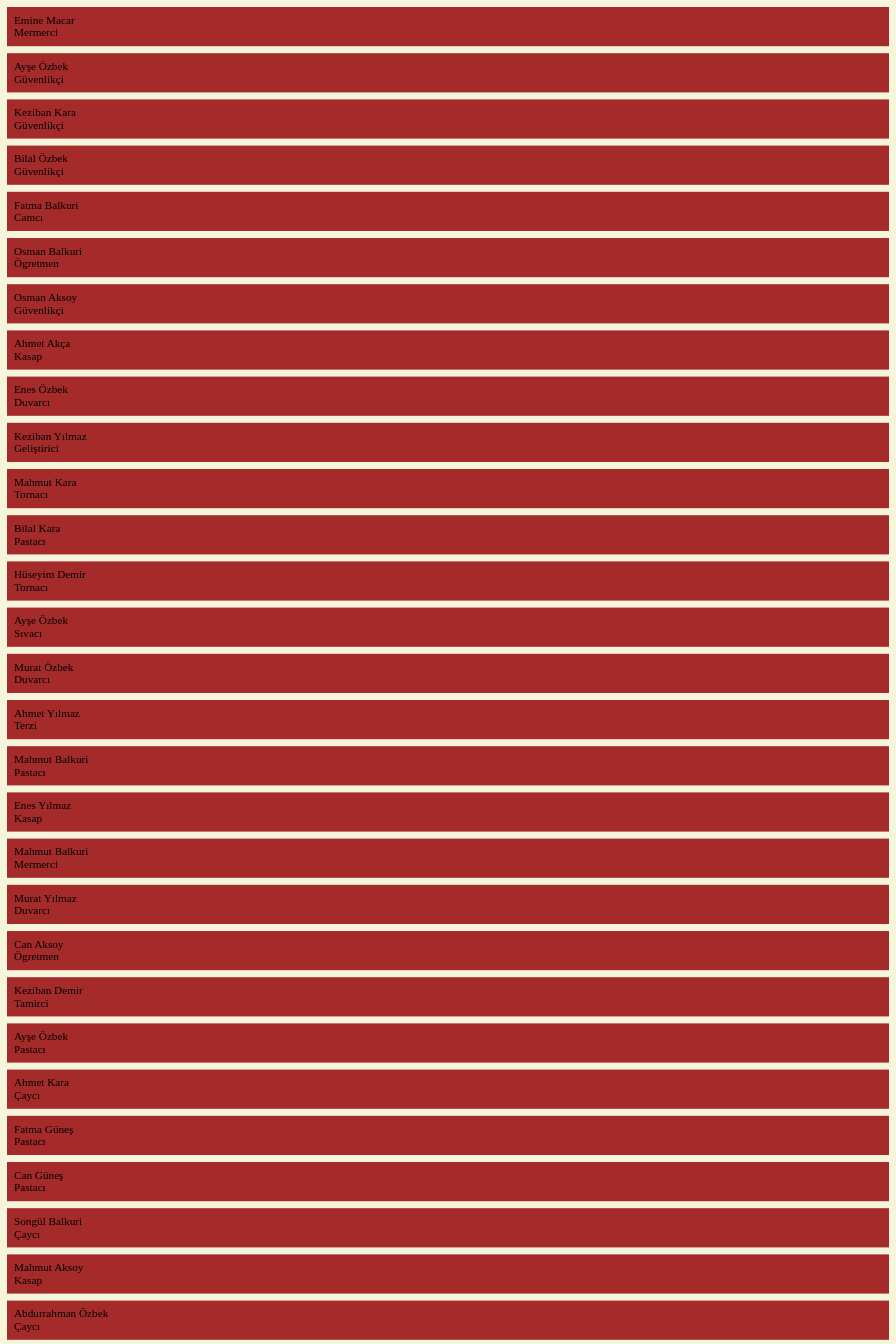
Repository: Sonvatan/S-f-rdan-geli-tirici-olmak-hafta-6
Page: İndex.html
These files come from the project's save history. The page is drawn as it stood at one moment and after the next save; the edit follows.
The browser window is 1280 px wide. The pictures show the part of the page from y = 0 to 1920 px (the page is 5148 px tall), at 70% of full size.

Above is the page before, as saved 2024-02-01 23:38:50.

### İndex.html
<html>
    <head>
        <title>Week-6</title>
        <style>
            * {
                padding: 0;
                margin: 0;
            }

            html, body, #root {
                background-color: beige;
                height: 100%;
                width: 100%;
            }
            .person {
                background-color: brown;
                flex-direction: column;
                display: flex;
                padding: 10px;
                margin: 10px;
            }
        </style>

    <body>
        <div id = "root"></div>

       <script>
            const names = [
                "Ahmet",
                "Mehmet",
                "Murat",
                "Ayşe",
                "Fatma",
                "Keziban",
                "Songül",
                "Emine",
                "Musab",
                "Abdurrahman",
                "Can",
                "Mahmut",
                "Bilal",
                "Büşra",
                "Hüseyim",
                "Osman",
                "Enes",
            ];

            const surnames = [
                "Balkuri",
                "Kara",
                "Güneş",
                "Özbek",
                "Yılmaz",
                "Macar",
                "Yılmaz",
                "Akça",
                "Demir",
                "Aksoy",

            ];

            const jobs = [
                "Tamirci",
                "Tornacı",
                "Çaycı",
                "Polis",
                "Ögretmen",
                "Camcı",
                "Güvenlikçi",
                "Pastacı",
                "Geliştirici",
                "Sıvacı",
                "Duvarcı",
                "Terzi",
                "Mermerci",
                "Kasap",

           ];



            const randomName = () => {
                return names[Math.floor(Math.random() * names.length)];

            };

            const randomSurname = () => {
                return surnames[Math.floor(Math.random() * surnames.length)];

            };

            const randomFullName = () => {
                const name = randomName();
                const surname = randomSurname();

                return ` ${name} ${surname}`;

            };
            const randomJob = () => {
                return jobs[Math.floor(Math.random() * jobs.length)];
            };

             let data = [];
            for(let i = 0; i < 78; i++) {
                data.push({
                    title:randomFullName(),
                    job: randomJob(),
                    id: i
                });
            }
            const containerDiv = document.getElementById("root");
            data.forEach((item,index) => {
                containerDiv.innerHTML += `<div id="${item.id}" class="person person-${index}">
                    <span>${item.title}</span>
                    <span>${item.job}</span>

                </div>`;

            });

       </script>
    </head>
    </body>
</html>

After the next save:
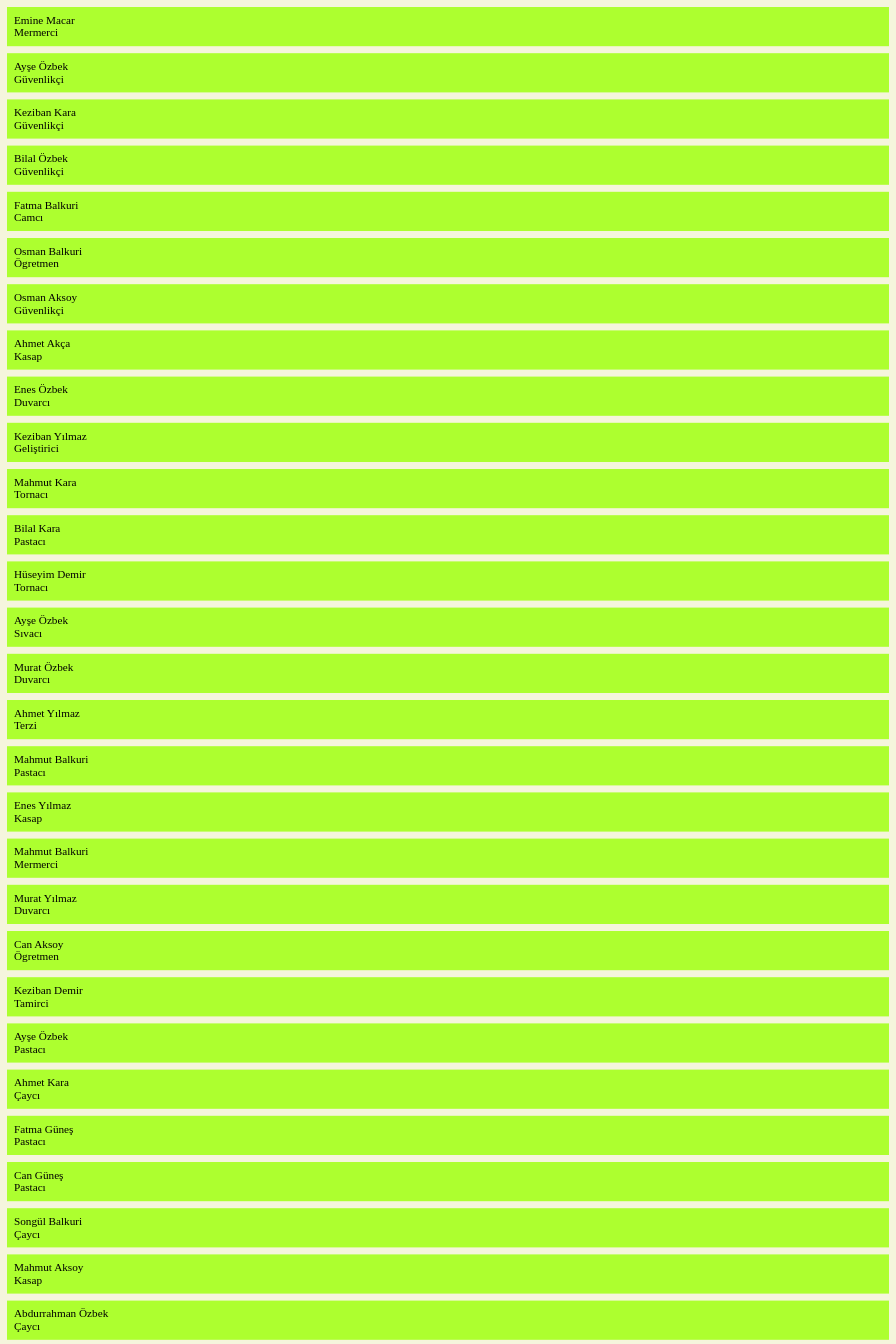
Saved 27 s later.
--- a/İndex.html
+++ b/İndex.html
@@ -13,7 +13,7 @@
                 width: 100%;
             }
             .person {
-                background-color: brown;
+                background-color: greenyellow;
                 flex-direction: column;
                 display: flex;
                 padding: 10px;
